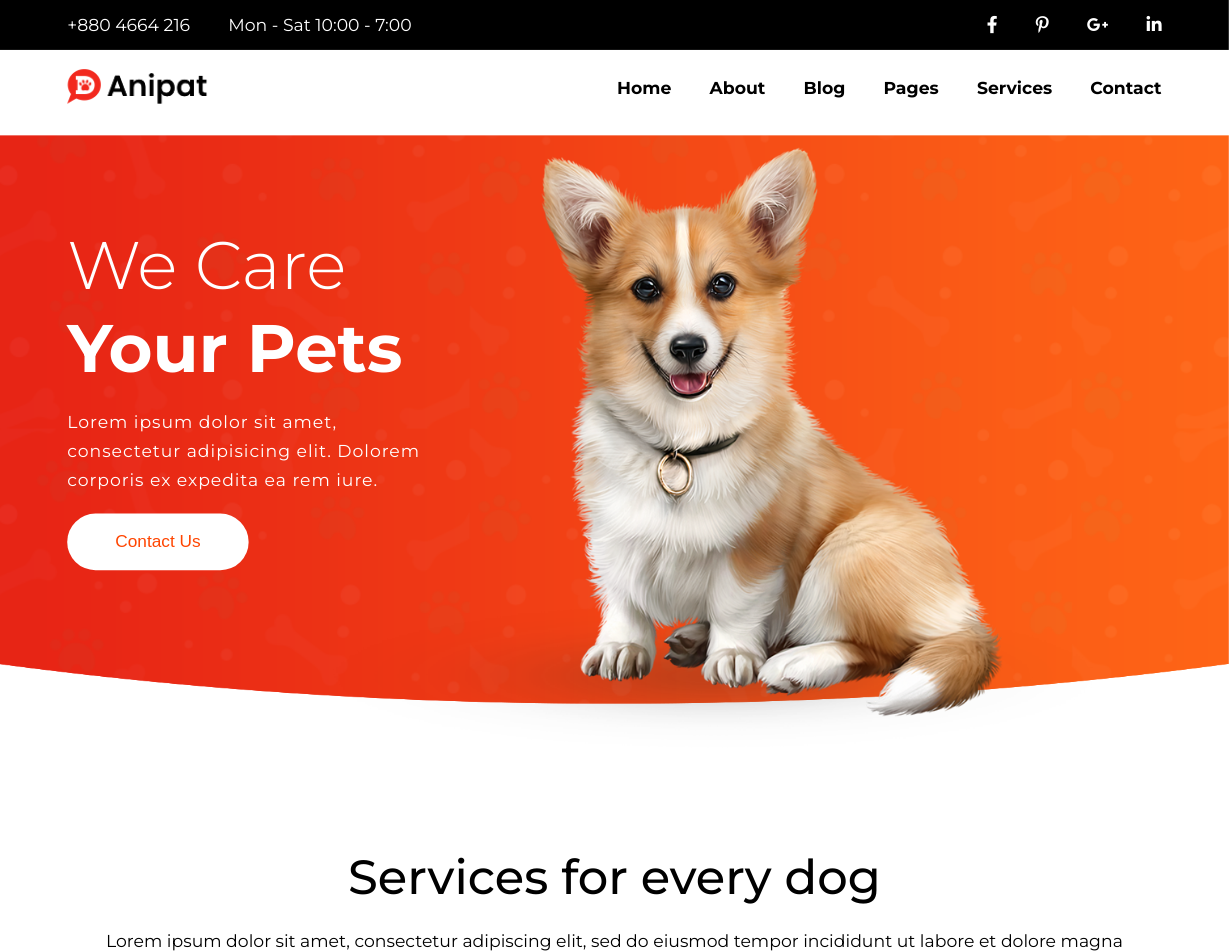
Repository: giahuy405/Day_2_Anipat
Page: index.html
An editor plug-in stored every save of this project. The page is shown before and after the next save, followed by the edit.
The browser window is 1280 px wide. The pictures show the whole page, at 96% of full size.

Above is the page before, as saved 2022-09-08 23:18:37.

After the next save:
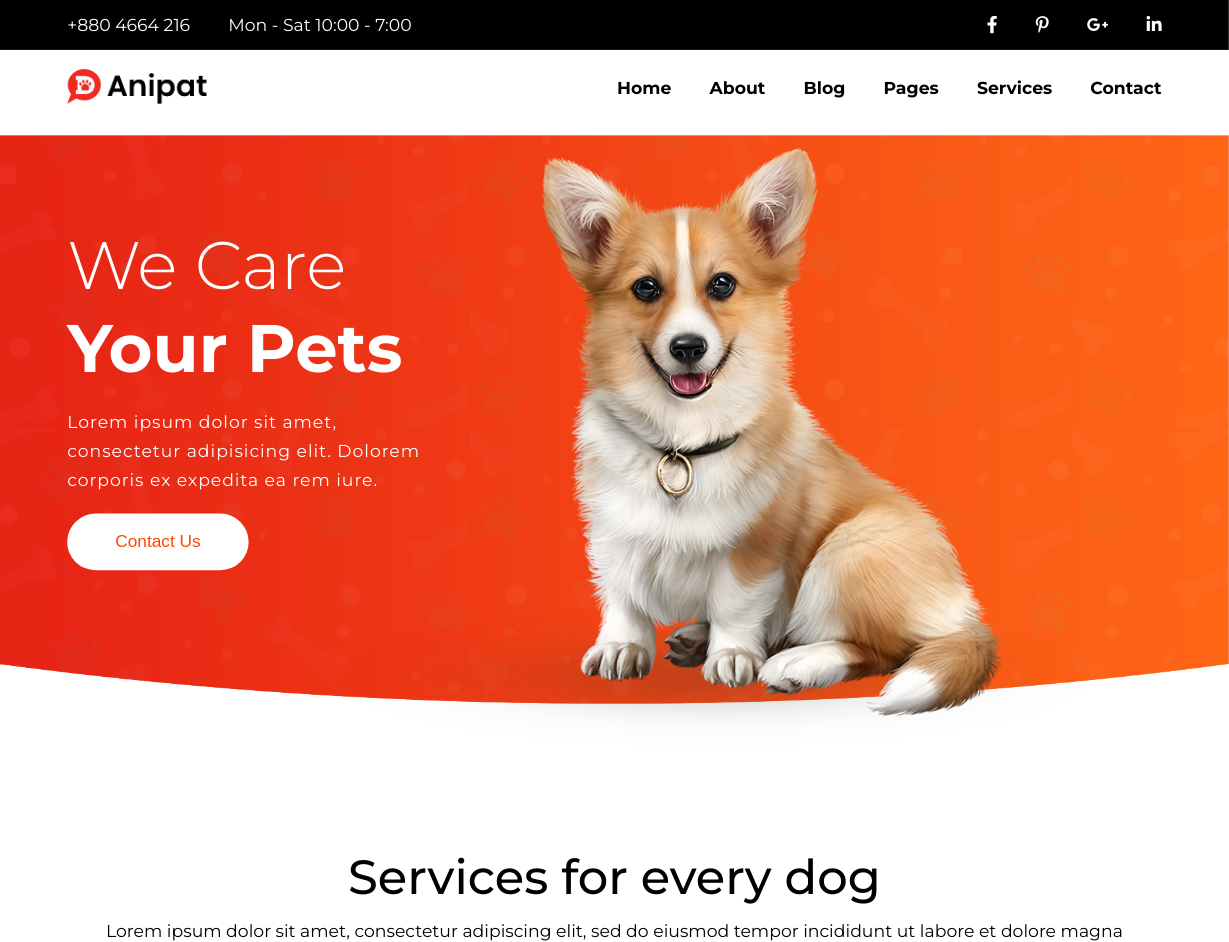
Saved 5 s later.
--- a/css/index.css
+++ b/css/index.css
@@ -127,6 +127,6 @@ html{
 .service-top h1{
     font-weight: 500;
     font-size: 50px;
-    margin-bottom: 25px;
+    margin-bottom: 15px;
 }
 .
